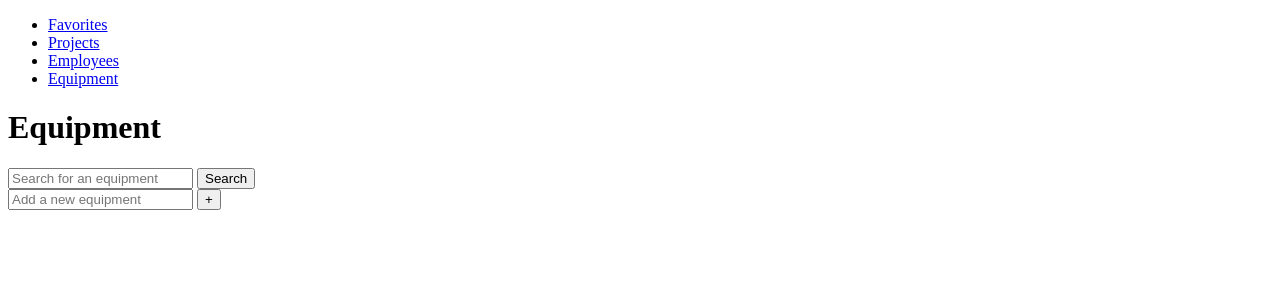
Repository: Kayla-amr/workApp
Page: client/equipment.html
The author's editor kept a copy of each file at every save. The page is drawn from the files as they stood at one save, then again after the next save.
The browser window is 1280 px wide. The pictures show the whole page.
The page's requests for data from a server got no answer.

Above is the page before, as saved 2023-12-10 16:03:10.

After the next save:
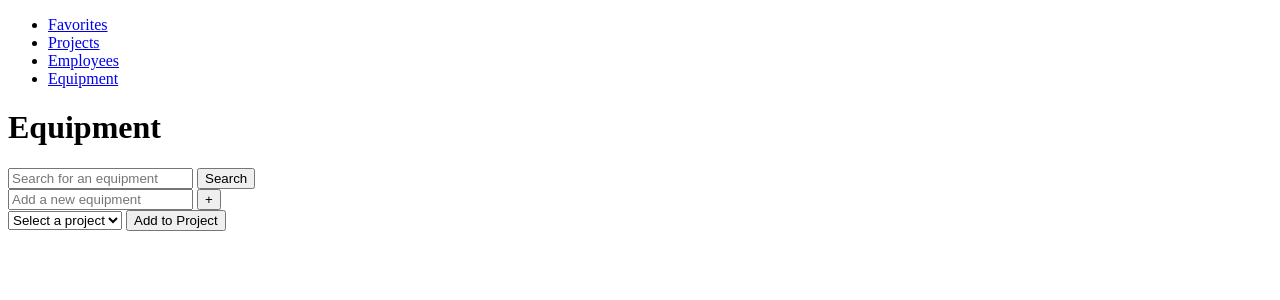
Saved 15 h 20 min later.
--- a/client/equipment.html
+++ b/client/equipment.html
@@ -28,6 +28,13 @@
             <button class="addEInput">+</button>
         </div>
 
+        <div class="addToProject">
+            <select class="selectedProject">
+                <option value="0" >Select a project</option>
+            </select>
+            <button class="addEProject">Add to Project</button>
+        </div>
+
         <div class="equipment">
 
         </div>
